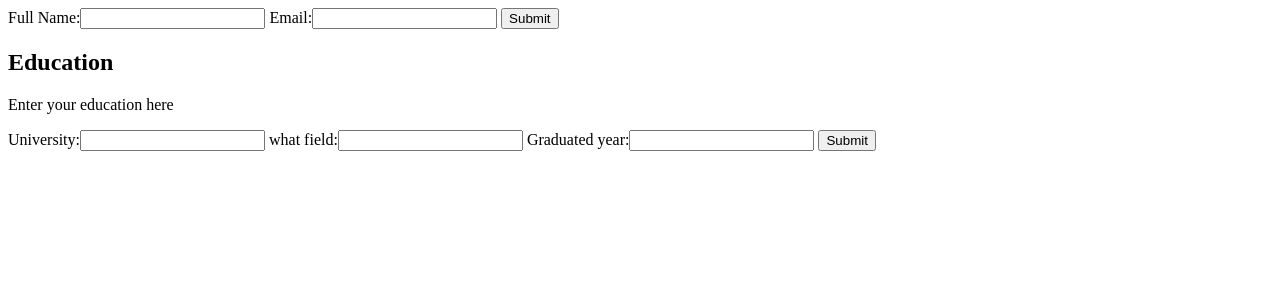
Repository: henokkeleta/SpringIt2
Page: WeekFour/WebContent/Resume1.html
An editor plug-in stored every save of this project. The page is shown before and after the next save, followed by the edit.
The browser window is 1280 px wide. The pictures show the whole page.

Above is the page before, as saved 2017-06-15 17:55:07.

After the next save:
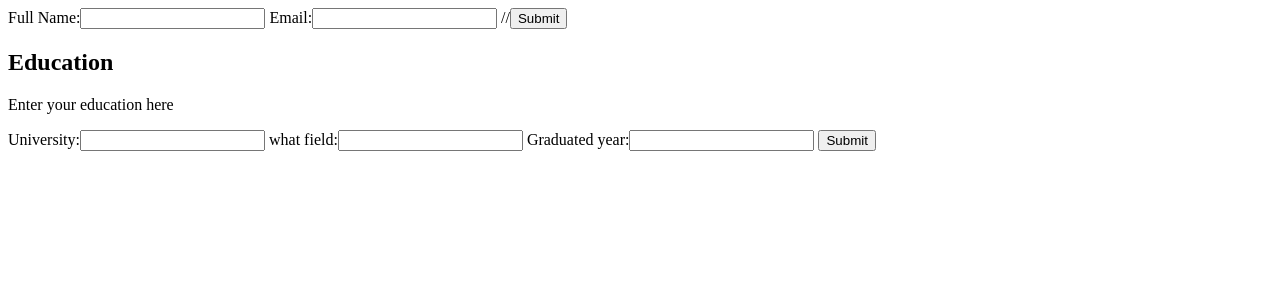
Saved 105 s later.
--- a/WeekFour/WebContent/Resume1.html
+++ b/WeekFour/WebContent/Resume1.html
@@ -8,7 +8,7 @@
 <form action = "ResumeServlet" method = "post">
 Full Name:<input type = "text" name = "FullName" >
 Email:<input type = "text" name = "Email" >
-<input type = "Submit" value = "Submit">
+//<input type = "Submit" value = "Submit">
 </form>
 <h2>Education</h2>
 <p>Enter your education here</p>
